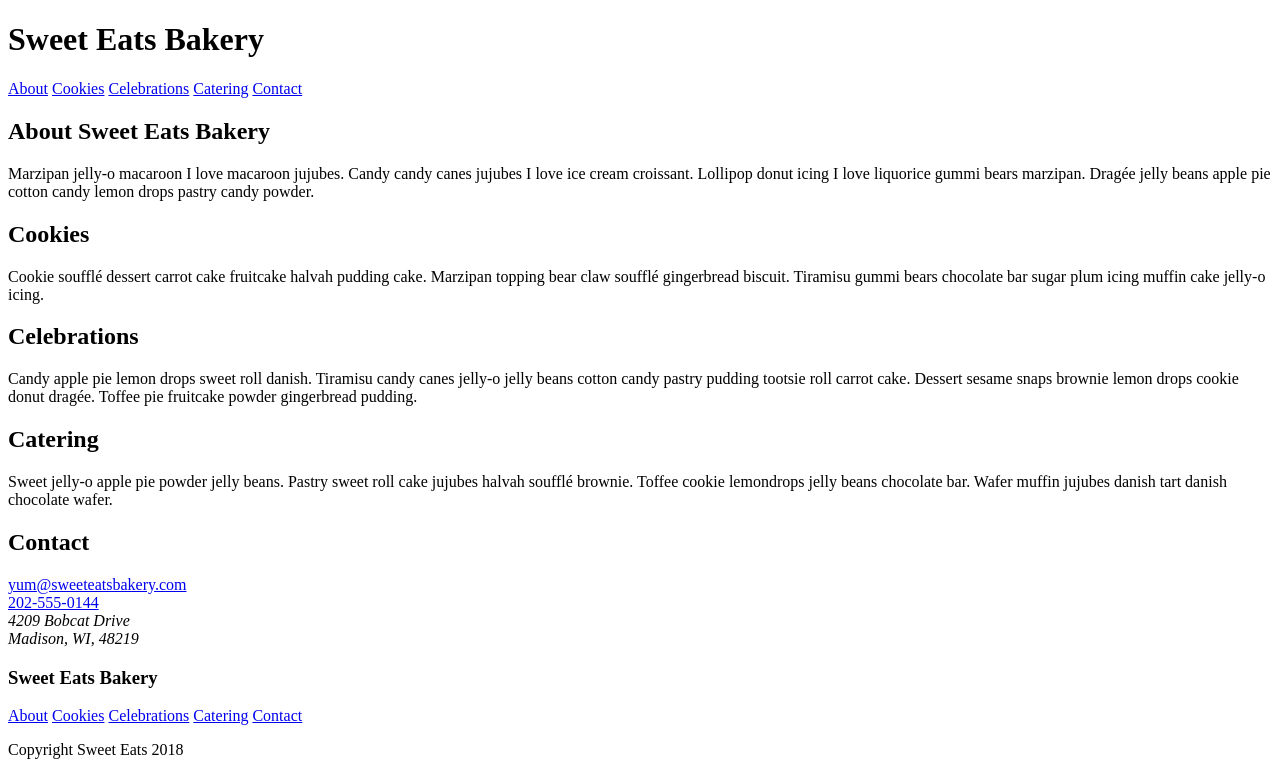
Repository: yoshimario/web-module-challenge-user-interface
Page: index.html
These files come from the project's save history. The page is drawn as it stood at one moment and after the next save; the edit follows.
The browser window is 1280 px wide. The pictures show the whole page.
Some web fonts or font styles are not loaded; a fallback is used.

Above is the page before, as saved 2023-05-15 13:20:25.

### index.html
<!DOCTYPE html>
<html lang="en">

<head>
    <meta charset="UTF-8">
    <!-- import your css file -->
    <link href="https://fonts.googleapis.com/css?family=Gaegu|Roboto" rel="stylesheet">
    <title>Sweet Eats Bakery</title>
</head>

<body>

    <!-- company name -->
    <h1>Sweet Eats Bakery</h1>
    <header headerNavLinksf>
        <!-- Navigation -->
        <nav>
            <a href="#about">About</a>
            <a href="#cookies">Cookies</a>
            <a href="#celebrations">Celebrations</a>
            <a href="#catering">Catering</a>
            <a href="#contact">Contact</a>
        </nav>
    </header>
    <!-- Image https://tk-assets.lambdaschool.com/bcf76f62-2431-4c22-b466-2e711f3da2b9_ui-i-bakery-main-header.png -->

    <!-- Marketing header -->
    <section id="about">
        <h2>About Sweet Eats Bakery </h2>

        <p>Marzipan jelly-o macaroon I love macaroon jujubes. Candy candy canes jujubes I love ice cream croissant.
            Lollipop
            donut icing I love liquorice gummi bears marzipan. Dragée jelly beans apple pie cotton candy lemon drops
            pastry candy
            powder.</p>
    </section>
    <!-- content -->

    <!-- Image https://tk-assets.lambdaschool.com/7393a8fd-c8e5-4003-921f-79e0d546d02c_ui-i-bakery-cookies.png -->
    <section id="cookies">
        <h2>Cookies</h2>

        Cookie soufflé dessert carrot cake fruitcake halvah pudding cake. Marzipan topping bear claw soufflé gingerbread
        biscuit. Tiramisu gummi bears chocolate bar sugar plum icing muffin cake jelly-o icing.
    </section>
    <!-- Image https://tk-assets.lambdaschool.com/297378d6-9c89-430f-9d2e-46ae3d5edce8_ui-i-bakery-cupcake-i.png -->

    <section id="celebrations">
        <h2>Celebrations</h2>

        <p>Candy apple pie lemon drops sweet roll danish. Tiramisu candy canes jelly-o jelly beans cotton candy pastry
            pudding
            tootsie roll carrot cake. Dessert sesame snaps brownie lemon drops cookie donut dragée. Toffee pie fruitcake
            powder
            gingerbread pudding.</p>
    </section>
    <!-- Image https://tk-assets.lambdaschool.com/ab0cb095-5900-476c-b042-aea065d3dbbf_ui-i-bakery-celebrate.png -->
    <section id="catering">
        <h2>Catering</h2>

        <p>Sweet jelly-o apple pie powder jelly beans. Pastry sweet roll cake jujubes halvah soufflé brownie. Toffee
            cookie
            lemondrops jelly beans chocolate bar. Wafer muffin jujubes danish tart danish chocolate wafer.</p>
    </section>
    <section id="contact">
        <h2>Contact</h2>

        <a href="mailto:yum@sweeteatsbakery.com">yum@sweeteatsbakery.com</a><br>
        <a href="tel:202-555-0144">202-555-0144</a><br>
        <address>4209 Bobcat Drive<br>
            Madison, WI, 48219</address>
    </section>
    <!-- footer -->
    <footer>
        <h3>Sweet Eats Bakery</h3>
        <nav>
            <a href="#about">About</a>
            <a href="#cookies">Cookies</a>
            <a href="#celebrations">Celebrations</a>
            <a href="#catering">Catering</a>
            <a href="#contact">Contact</a>
        </nav>
        <p>Copyright Sweet Eats 2018</p>
    </footer>
</body>

</html>

After the next save:
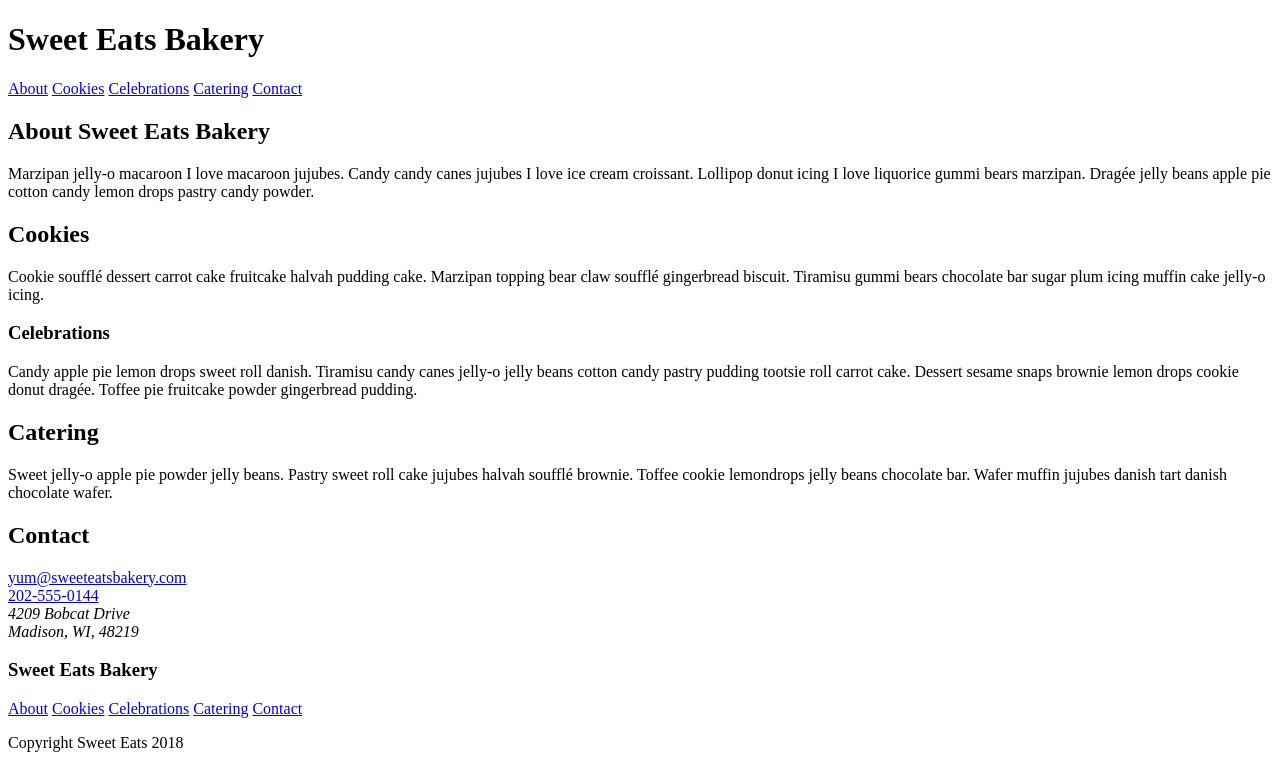
Saved 8 min 58 s later.
--- a/index.html
+++ b/index.html
@@ -46,7 +46,7 @@
     <!-- Image https://tk-assets.lambdaschool.com/297378d6-9c89-430f-9d2e-46ae3d5edce8_ui-i-bakery-cupcake-i.png -->
 
     <section id="celebrations">
-        <h2>Celebrations</h2>
+        <h3>Celebrations</h3>
 
         <p>Candy apple pie lemon drops sweet roll danish. Tiramisu candy canes jelly-o jelly beans cotton candy pastry
             pudding
